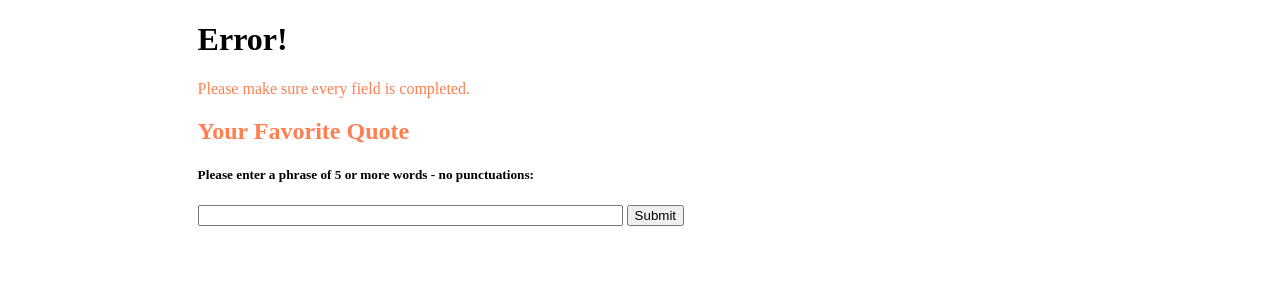
Repository: oduong1/COSW30
Page: http://localhost/homework/hw4/quote_process.php
The author's editor kept a record of every edit. The page is drawn from the files as they stood at one moment, then again after the next edit.
The browser window is 1280 px wide. The pictures show the whole page.
The page is run by PHP 8.4 with error messages shown; the project is at /var/www/html/.

Above is the page before.

After the next edit:
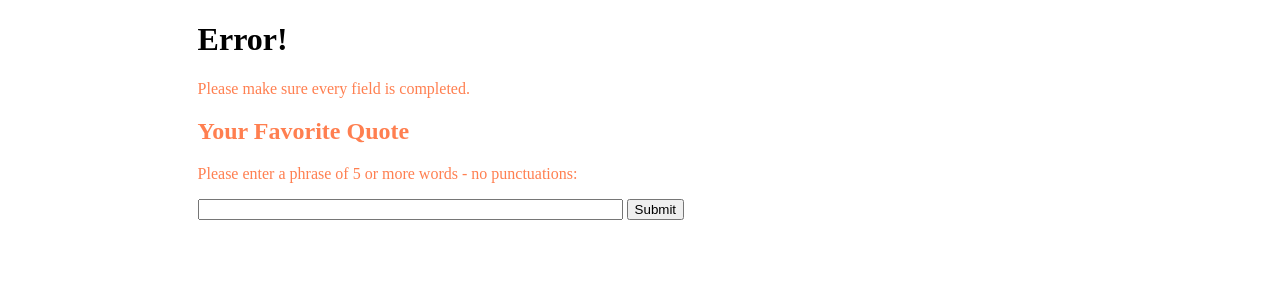
The edit:
--- a/homework/hw4/quote_process.php
+++ b/homework/hw4/quote_process.php
@@ -89,7 +89,7 @@
     <h2>Your Favorite Quote</h2>
         <form action="quote_process.php" method="POST">
 
-            <h5>Please enter a phrase of 5 or more words - no punctuations:</h5>
+            <p>Please enter a phrase of 5 or more words - no punctuations:<p>
             <p>
                 <input type="text" name="phrase" size="50" maxlength="150" required>
                 <input type="submit" name="submit" value="Submit">
